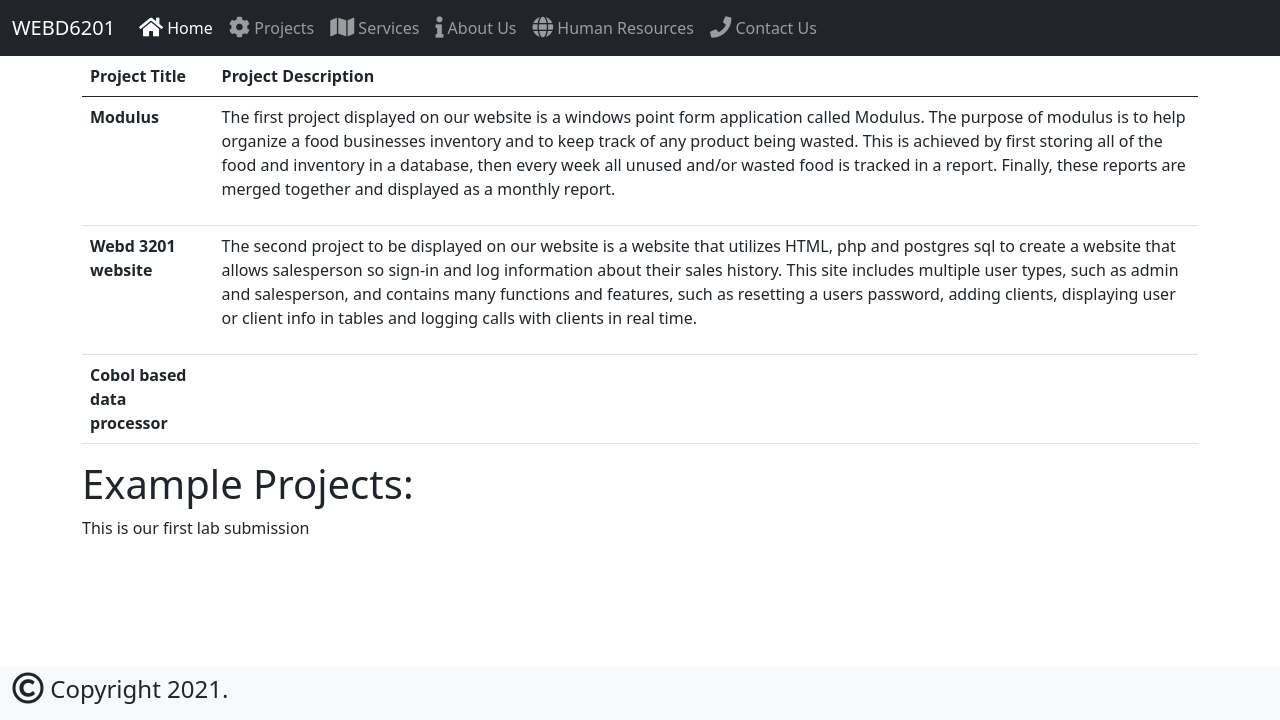
Repository: Sub4Sub/Lab_1
Page: products.html
The author's editor kept a copy of each file at every save. The page is drawn from the files as they stood at one save, then again after the next save.
The browser window is 1280 px wide. The pictures show the whole page.

Above is the page before, as saved 2021-02-05 16:25:14.

### products.html
<!DOCTYPE html>
<html lang="en">
<head>
    <meta charset="UTF-8">
    <meta name="viewport" content="width=device-width, initial-scale=1.0">
    <title>Products</title>
    <!-- CSS Section -->
    <link rel="stylesheet" href="./node_modules/bootstrap/dist/css/bootstrap.min.css">
    <link rel="stylesheet" href="./node_modules/@fortawesome/fontawesome-free/css/all.min.css">
    <link rel="stylesheet" href="./Content/app.css">
</head>
<body>
    <!-- Main Header -->

    <!-- Main Content -->
    <main class="container">
      <table class="table">
        <thead>
          <tr>
            <th scope="col">Project Title</th>
            <th scope="col">Project Description</th>
          </tr>
        </thead>
        <tbody>
          <tr>
            <th scope="row">Modulus</th>
            <td>
              <p>
                The first project displayed on our website is a windows point form application called Modulus. The purpose of modulus is to
                help organize a food businesses inventory and to keep track of any product being wasted. This is achieved by first storing all of
                the food and inventory in a database, then every week all unused and/or wasted food is tracked in a report. Finally,
                these reports are merged together and displayed as a monthly report.
              </p>
            </td>
          </tr>
          <tr>
            <th scope="row">Webd 3201 website</th>
            <td>
              <p>
                The second project to be displayed on our website is a website that utilizes HTML, php and postgres sql to create a website that
                 allows salesperson so sign-in and log information about their sales history. This site includes multiple user types, such as admin
                 and salesperson, and contains many functions and features, such as resetting a users password, adding clients, displaying user or client info in tables and
                 logging calls with clients in real time.
              </p>
            </td>
          </tr>
          <tr>
            <th scope="row">Cobol based data processor</th>
            <td>

            </td>
          </tr>
        </tbody>
      </table>
    </main>



    <!-- Script Section-->
    <script src="./node_modules/jquery/dist/jquery.min.js"></script>
    <script src="./node_modules/bootstrap/dist/js/bootstrap.bundle.min.js"></script>
    <script src="./Scripts/app.js"></script>
</body>
</html>

### Scripts/app.js
/*
* Name: Brett Tindall & Emeka Okoisama
* Student Id: 100708109 &
* Date Completed: 2021-02-05
*/

"use strict";

//IIFE - Immediately Invoked Function Expression
(function()
{

    /*
      Function that displays the home page's content
    */
    function displayHome()
    {
        let indexHeading = document.createElement("h1");

        indexHeading.setAttribute("id", "indexHeading");
        indexHeading.textContent = `Welcome to lab 1`;

        let mainContent = document.querySelector("main");
        mainContent.appendChild(indexHeading);

        let newDivTag = document.createElement("div");
        newDivTag.innerHTML =
        `<h4>By Brett Tindall and Emeka Okoisama</h4>
        <p id="paragraphThree"> This is our first lab submission </p>`;


        mainContent.append(newDivTag);


    }

    function displayProjects()
    {
        let projectHeading = document.createElement("h1");

        projectHeading.setAttribute("id", "projectHeading");
        projectHeading.textContent = `Example Projects:`;

        let mainContent = document.querySelector("main");
        mainContent.appendChild(projectHeading);

        let newDivTag = document.createElement("div");
        newDivTag.innerHTML =
        `<p id="paragraphThree"> This is our first lab submission </p>`;


        mainContent.append(newDivTag);


    }

    /*
      Function that displays the contact page's content
    */
    function displayContact()
    {
      let contactHeading = document.createElement("h1");

      contactHeading.setAttribute("id", "contactHeading");
      contactHeading.textContent = "Enter a Contact";

      let mainContent = document.querySelector("main");
      mainContent.appendChild(contactHeading);

      let newDivTag = document.createElement("div");
      newDivTag.innerHTML =
      `<div id="messageArea"></div>

      <div class="row justify-content-lg-center g-3">
        <form class="col-lg-6 col-md-10 col-sm-10">

          <div class="input-group mb-3">
            <span class="input-group-text" id="inputGroup-sizing-default">Full Name </span>
            <input id="fullName" type="text" class="form-control" aria-label="Full Name" aria-describedby="Full Name Input"
            name="fullName" required>
          </div>

          <div class="input-group mb-3">
            <span class="input-group-text" id="inputGroup-sizing-default">Contact Number</span>
            <input id="contactNumber" type="tel" class="form-control" aria-label="Contact Number" aria-describedby="Contact Number Input"
            name="contactNumber" required>
          </div>

          <div class="input-group mb-3">
            <span class="input-group-text" id="inputGroup-sizing-default">Email</span>
            <input id="emailAddress" type="email" class="form-control" aria-label="Email Address" aria-describedby="Email Address Input"
            name="emailAddress" required>
          </div>

          <button id="sendButton" type="submit" class="btn btn-primary"><i class="fas fa-envelope fa-lg"></i> Send</button>
          <button id="cancelButton" type="reset" class="btn btn-warning"><i class="fas fa-undo fa-lg"></i> Cancel</button>
        </form>
      </div>`;

      mainContent.append(newDivTag);


      let sendButton = document.getElementById("sendButton");

        sendButton.addEventListener("click", function(event){

          window.location.href = './index.html';

        });

    }

    /*
      Function that displays the fixed footer at the bottom of the page
    */
   function displayHeader()
   {
     let mainContent = document.querySelector("body");

     //let sendButton = document.getElementById("body");

     let newFooterTag = document.createElement("header");

     newFooterTag.innerHTML =
     `
     <header>
      <!-- Main Navigation -->
      <nav class="navbar navbar-expand-lg navbar-dark bg-dark">
          <div class="container-fluid">
            <a class="navbar-brand" href="index.html">WEBD6201</a>
            <button class="navbar-toggler" type="button" data-bs-toggle="collapse" data-bs-target="#navbarSupportedContent" aria-controls="navbarSupportedContent" aria-expanded="false" aria-label="Toggle navigation">
              <span class="navbar-toggler-icon"></span>
            </button>
            <div class="collapse navbar-collapse" id="navbarSupportedContent">
              <ul class="navbar-nav me-auto mb-2 mb-lg-0" id ="headerList">
                <li class="nav-item">
                  <a class="nav-link active" aria-current="page" href="index.html"><i class="fas fa-home fa-lg"></i> Home</a>
                </li>

                <li class="nav-item">
                  <a class="nav-link" id="productsLink" aria-current="page" href="products.html"><i class="fas fa-cog fa-lg"></i> Products</a>
                </li>

                <li class="nav-item">
                  <a class="nav-link" aria-current="page" href="services.html"><i class="fas fa-map fa-lg"></i> Services</a>
                </li>

                <li class="nav-item" id="aboutUsList">
                  <a class="nav-link" id="aboutUsLink" aria-current="page" href="about.html"><i class="fas fa-info fa-lg"></i> About Us</a>
                </li>

                <li class="nav-item">
                  <a class="nav-link" aria-current="page" href="contact.html"><i class="fas fa-phone fa-lg"></i> Contact Us</a>
                </li>
              </ul>
            </div>
          </div>
        </nav>
  </header>
     `

     mainContent.prepend(newFooterTag);

   }

    /*
      Function that displays the fixed footer at the bottom of the page
    */
    function displayFooter()
    {
      let mainContent = document.querySelector("main");

      let newFooterTag = document.createElement("footer");

      newFooterTag.innerHTML =
      `
      <footer>
        <nav class="navbar fixed-bottom navbar-light bg-light">
            <div class="container-fluid">
              <h4><i class="far fa-copyright fa-lg"></i> Copyright 2021.</h4>
            </div>
          </nav>
    </footer>
      `

      mainContent.append(newFooterTag);

    }

    /*
      Function that adds a button to the human resources page
    */
    function addHumanResourcesButton()
    {

      let aboutUsLink = document.getElementById("aboutUsList");

      let newListItem = document.createElement("li");

      newListItem.innerHTML =
      `
      <li class="nav-item">
        <a class="nav-link" id="HumanResourcesLink" aria-current="page" href="human-resources.html"><i class="fas fa-globe fa-lg"></i> Human Resources</a>
      </li>
      `

      aboutUsLink.after(newListItem);

    }

    /*
      Function that changes the products button's text to projects
    */
   function alterProductsButton()
   {

    let productsButton = document.getElementById("headerList").childNodes[3];

    //productsButton.textContent = "Projects";

    let newListItem = document.createElement("li");

    newListItem.innerHTML =
   `
   <li class="nav-item">
               <a class="nav-link" aria-current="page" href="products.html"><i class="fas fa-cog fa-lg"></i> Projects</a>
             </li>
   `

    productsButton.replaceChild(newListItem, productsButton.childNodes[1]);

   }

   /*
      Function that run when the page loads
    */
    function Start()
    {
        console.log("App Started...");

        displayHeader();

        alterProductsButton();

        addHumanResourcesButton();

        switch (document.title)
        {
          case "Home":
              displayHome();
            break;
          case "About":
              displayAbout();
            break;
          case "Products":
              displayProjects();
            break;
          case "Services":
              displayServices();
            break;
          case "Contact":
              displayContact();
            break;
        }

    }

    displayFooter();

    window.addEventListener("load", Start);

})();

Loaded but not shown: node_modules/bootstrap/dist/css/bootstrap.min.css (library); node_modules/@fortawesome/fontawesome-free/css/all.min.css (library); node_modules/jquery/dist/jquery.min.js (library); node_modules/bootstrap/dist/js/bootstrap.bundle.min.js (library); Content/app.css (no stored copy; drawn as an empty file)

After the next save:
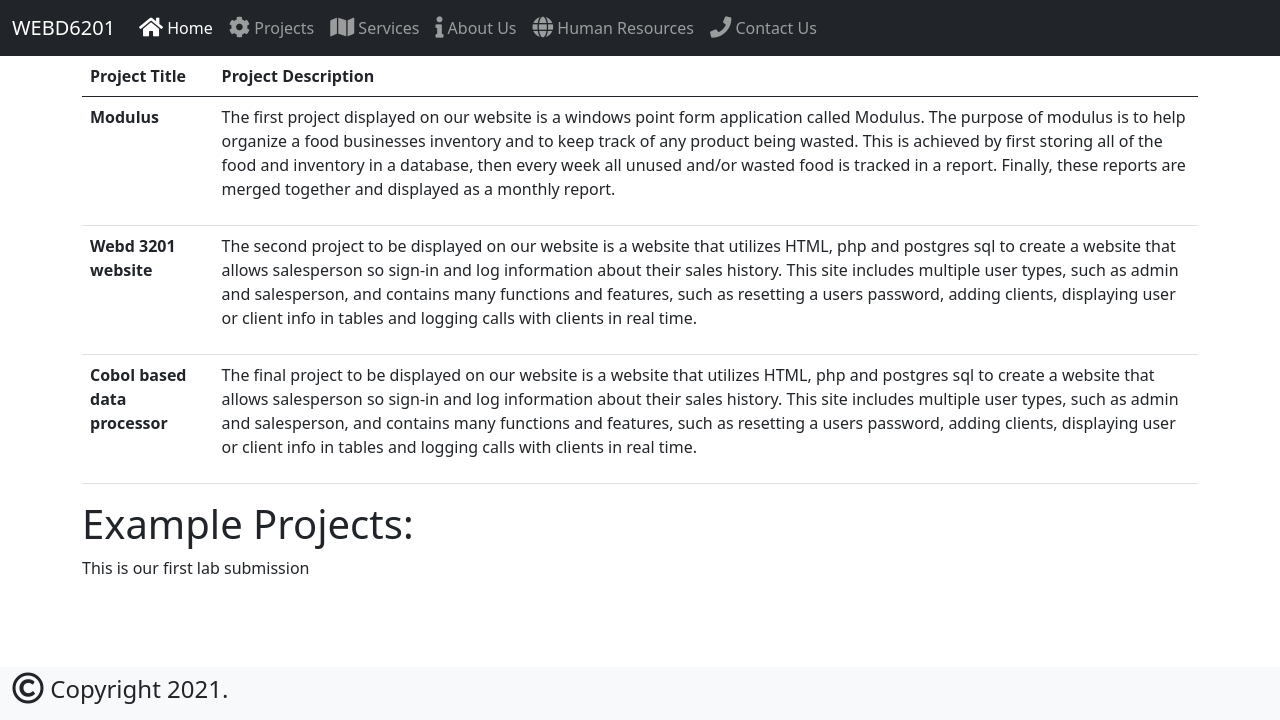
Saved 8 s later.
--- a/products.html
+++ b/products.html
@@ -47,7 +47,12 @@
           <tr>
             <th scope="row">Cobol based data processor</th>
             <td>
-
+              <p>
+                The final project to be displayed on our website is a website that utilizes HTML, php and postgres sql to create a website that
+                 allows salesperson so sign-in and log information about their sales history. This site includes multiple user types, such as admin
+                 and salesperson, and contains many functions and features, such as resetting a users password, adding clients, displaying user or client info in tables and
+                 logging calls with clients in real time.
+              </p>
             </td>
           </tr>
         </tbody>
